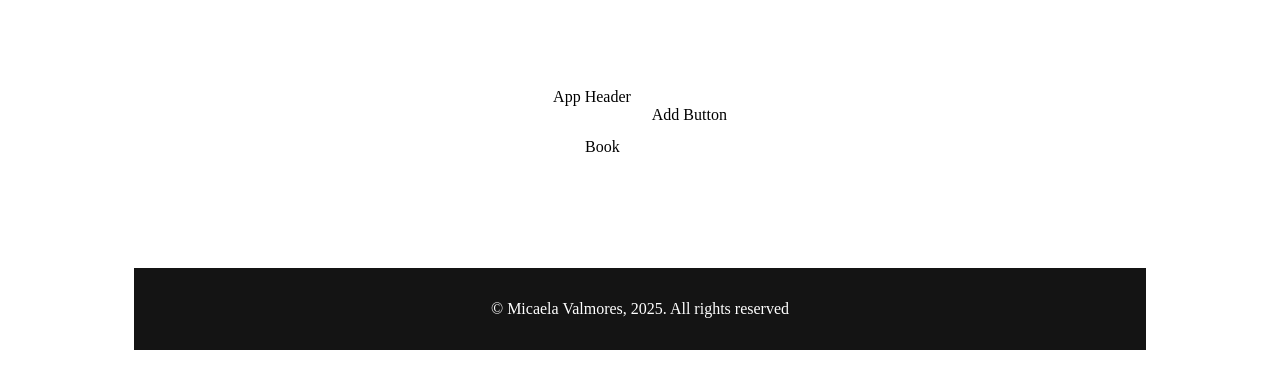
Repository: Micaelavalmores/COMP3170-Data-Fetching
Page: /
These files come from the project's save history. The page is drawn as it stood at one moment and after the next save; the edit follows.
The browser window is 1280 px wide. The pictures show the whole page.
The project was rebuilt for these pictures with package versions that can differ from the ones it lists, and the page was loaded fresh each time. Also part of the build but not shown: vite.config.js.

Above is the page before, as saved 2025-09-22 18:02:55.

After the next save:
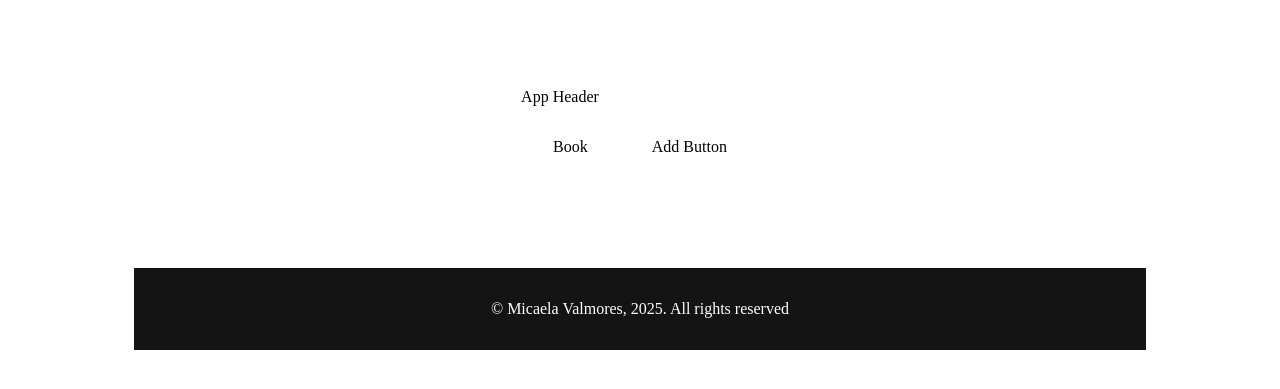
Saved 5 s later.
--- a/src/index.css
+++ b/src/index.css
@@ -34,7 +34,7 @@
     margin: 2em;
   }
 
-  .Book {
+  .AddButton {
     margin: 2em;
   }
 
